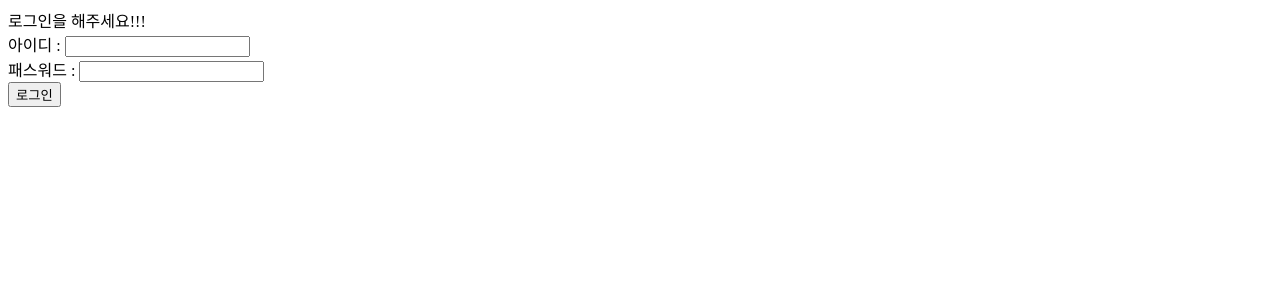
Repository: AHJ2616/Java
Page: http://localhost/board-jsp/02ImplicitObject/ResponseMain.jsp
The author's editor kept a copy of each file at every save. The page is drawn from the files as they stood at one save, then again after the next save.
The browser window is 1280 px wide. The pictures show the whole page.
The page is served by Tomcat 9.

Above is the page before, as saved 2024-07-23 02:04:11.

After the next save:
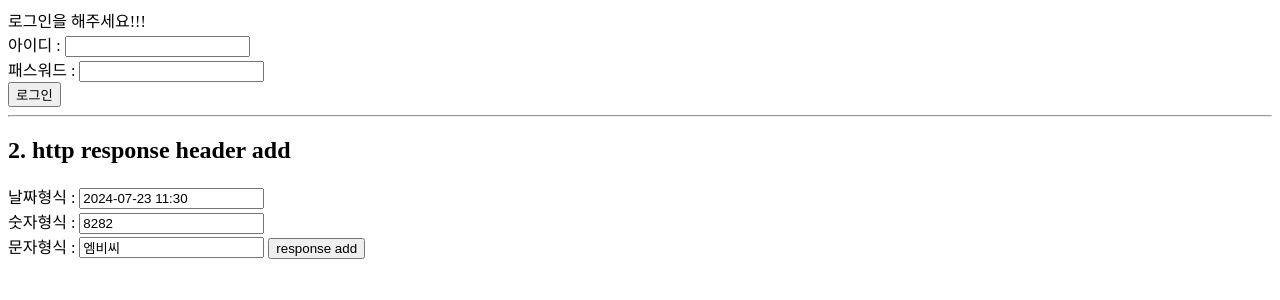
Saved 11 min 24 s later.
--- a/jsp_workspace/board-jsp/src/main/webapp/02ImplicitObject/ResponseMain.jsp
+++ b/jsp_workspace/board-jsp/src/main/webapp/02ImplicitObject/ResponseMain.jsp
@@ -21,6 +21,17 @@
 	</form>
 
 
+	<hr>
+	<h2> 2. http response header add </h2>
+	<form action="./ResponseHeader.jsp" method ="get">
+		날짜형식 : <input type="text" name="add_date" value="2024-07-23 11:30" /><br>
+		숫자형식 : <input type="text" name="add_int" value="8282" /><br>
+		문자형식 : <input type="text" anme="add_str" value="엠비씨" />
+		<input type="submit" value="response add" />
+	</form>
+
+
+
 
 
 </body>
